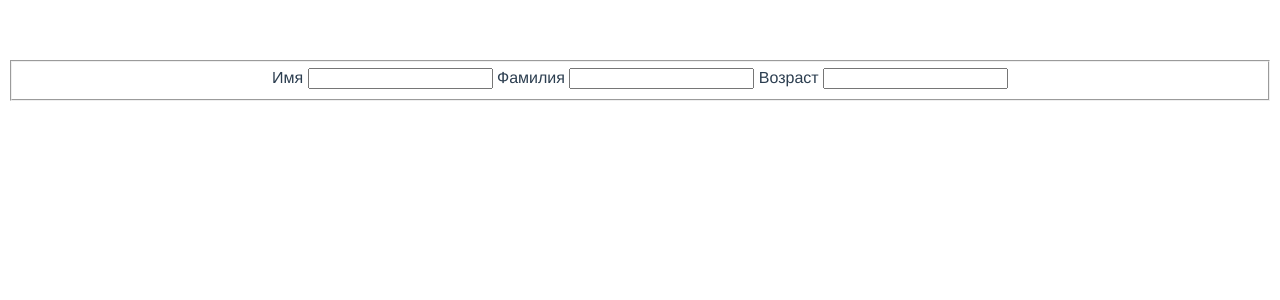
Repository: shum89/test-vue-table
Page: /
An editor plug-in stored every save of this project. The page is shown before and after the next save, followed by the edit.
The browser window is 1280 px wide. The pictures show the whole page.
The project was rebuilt for these pictures with package versions that can differ from the ones it lists, and the page was loaded fresh each time. Also part of the build but not shown: vue.config.js.

Above is the page before, as saved 2021-07-17 14:19:29.

After the next save:
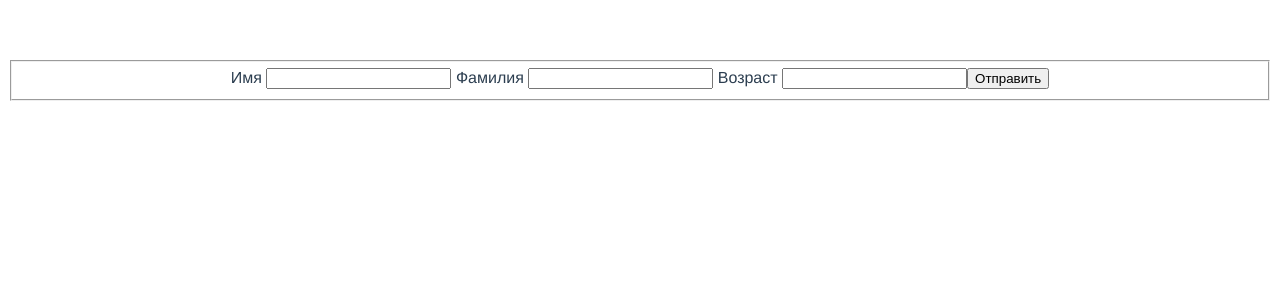
Saved 63 s later.
--- a/src/App.vue
+++ b/src/App.vue
@@ -14,6 +14,7 @@
         Возраст
         <input type="number" id="age" />
       </label>
+      <button type="submit">Отправить</button>
     </fieldset>
   </form>
 </template>
